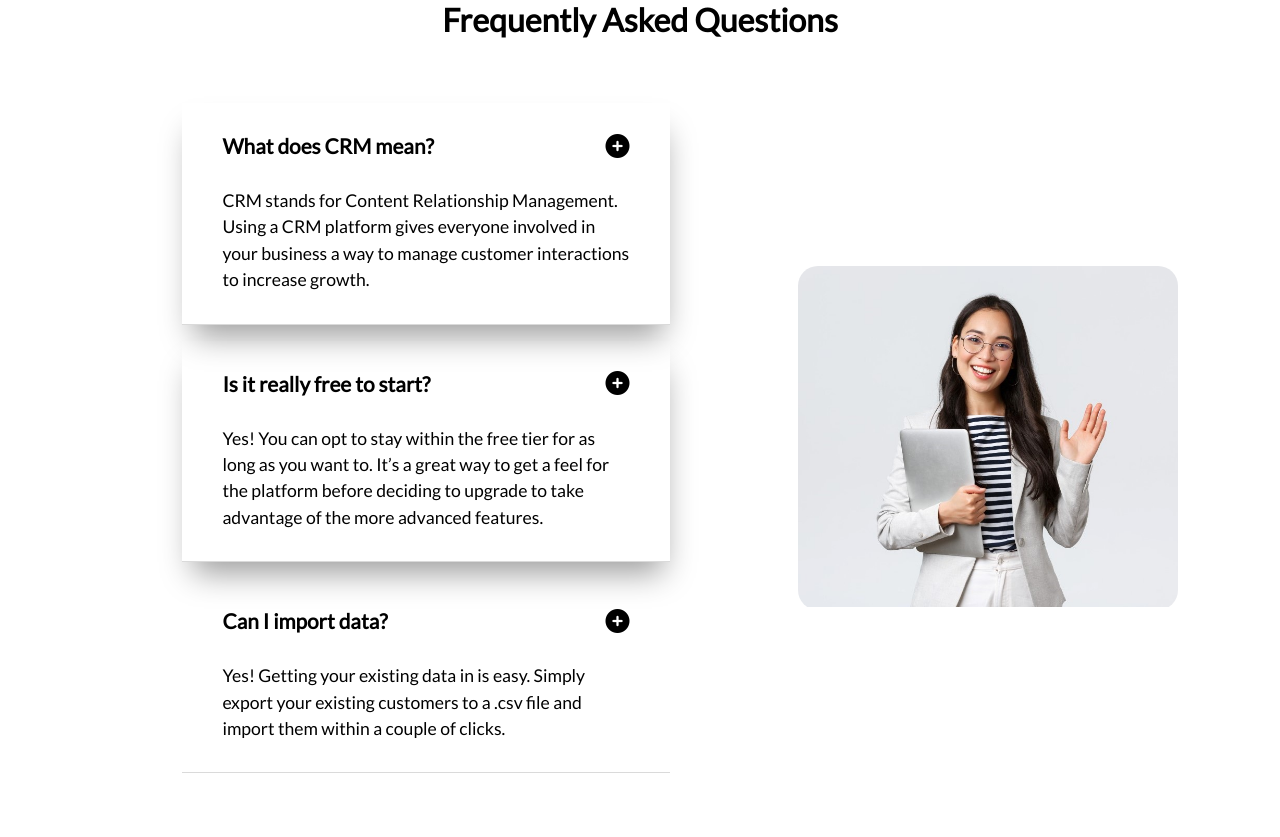
Repository: emiliaiwu/faq_component
Page: index.html
These files come from the project's save history. The page is drawn as it stood at one moment and after the next save; the edit follows.
The browser window is 1280 px wide. The pictures show the whole page.
Some web libraries are served in a nearby version.

Above is the page before, as saved 2022-12-13 16:34:37.

After the next save:
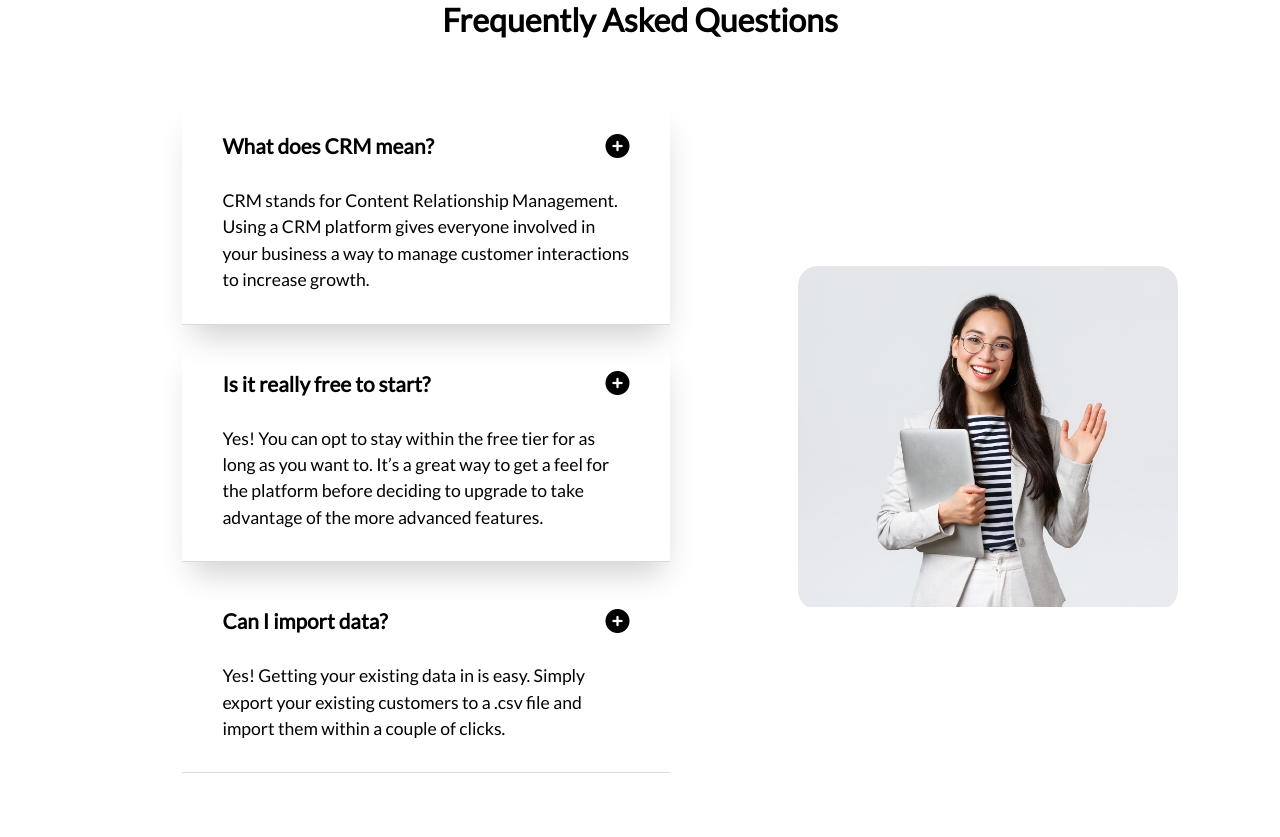
Saved 4 s later.
--- a/style.css
+++ b/style.css
@@ -97,7 +97,7 @@ img {
 
 .faq_content.active {
     box-shadow: 2px 20px 30px -9px rgba(0,0,0,0.19);
-    -webkit-box-shadow: 2px 20px 30px -9px rgba(0,0,0,0.39);
+    -webkit-box-shadow: 2px 20px 30px -9px rgba(0,0,0,0.19);
 }
 
 
